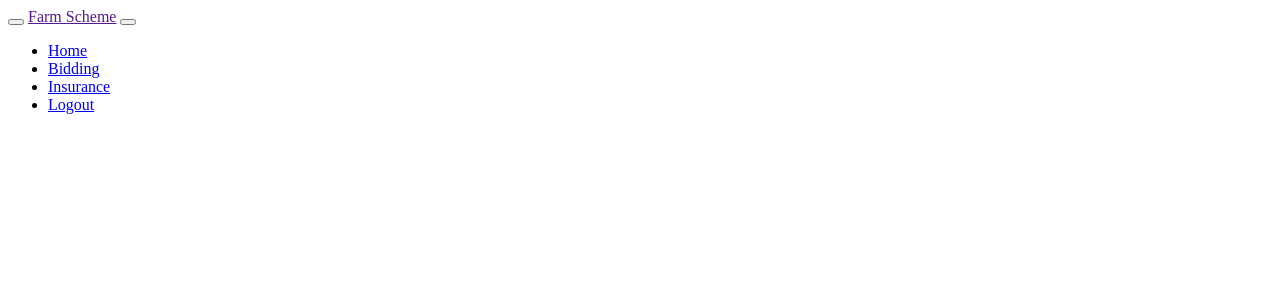
Repository: lavakumar17/Farmscheme
Page: http://localhost/demo/farmer/insurance.jsp
An editor plug-in stored every save of this project. The page is shown before and after the next save, followed by the edit.
The browser window is 1280 px wide. The pictures show the whole page.
The page is served by Tomcat 9.

Above is the page before, as saved 2022-06-23 05:51:38.

After the next save:
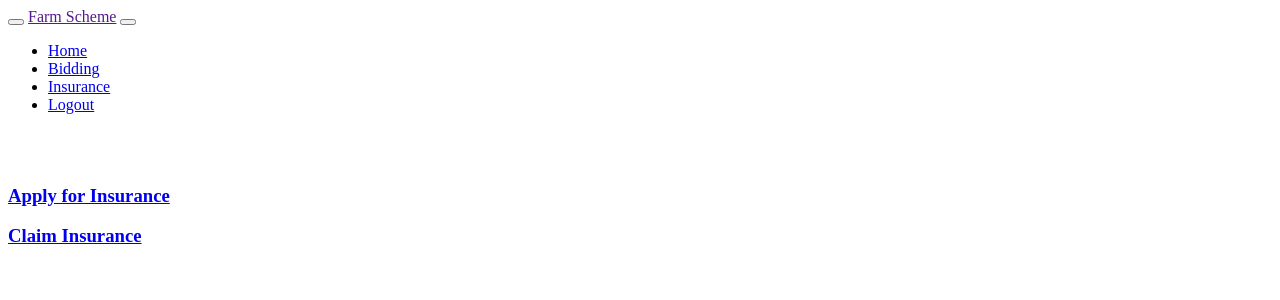
Saved 2 min 46 s later.
--- a/MainProject/demo/src/main/webapp/farmer/insurance.jsp
+++ b/MainProject/demo/src/main/webapp/farmer/insurance.jsp
@@ -56,5 +56,32 @@
     </div>
   </nav>
 <br><br>
+<div class="container">
+          <div class="row">
+            <div class="d-md-flex justify-content-center pb-5">
+              <div class="col-md-4 col-xl-4">
+                <div class="card bg-info order-card">
+                  <div class="card-block d-none d-md-block">
+                    <i class="fas fa-bullhorn p-5 pb-1 fa-3x text-center w-100"></i>
+                  </div>
+                  <a class="btn btn-info" href="javascript:document.sellRequestForm.submit()" role="button"><h3>Apply for Insurance</h3></a>
+                <form name="sellRequestForm" action="/farmer/sellRequest" hidden="true" method="get">
+      				<input hidden type="submit" value=""/></form>
+                </div>
+              </div>
+
+              <div class="col-md-4 col-xl-4">
+                <div class="card bg-warning order-card">
+                  <div class="card-block d-none d-md-block">
+                    <span><i class="fa fa-history p-5 pb-1 fa-3x text-center w-100" style="font-size: 40px;"></i></span>
+                  </div>
+                  <a class="btn btn-warning" href="javascript:document.soldHistory.submit()" role="button"><h3>Claim Insurance</h3></a>
+                  <form name="soldHistory" action="/farmer/soldHistory" hidden="true" method="post">
+      				<input hidden type="submit" value=""/></form>
+                </div>
+              </div>
+              </div>
+              </div>
+              </div>
 </body>
 </html>
